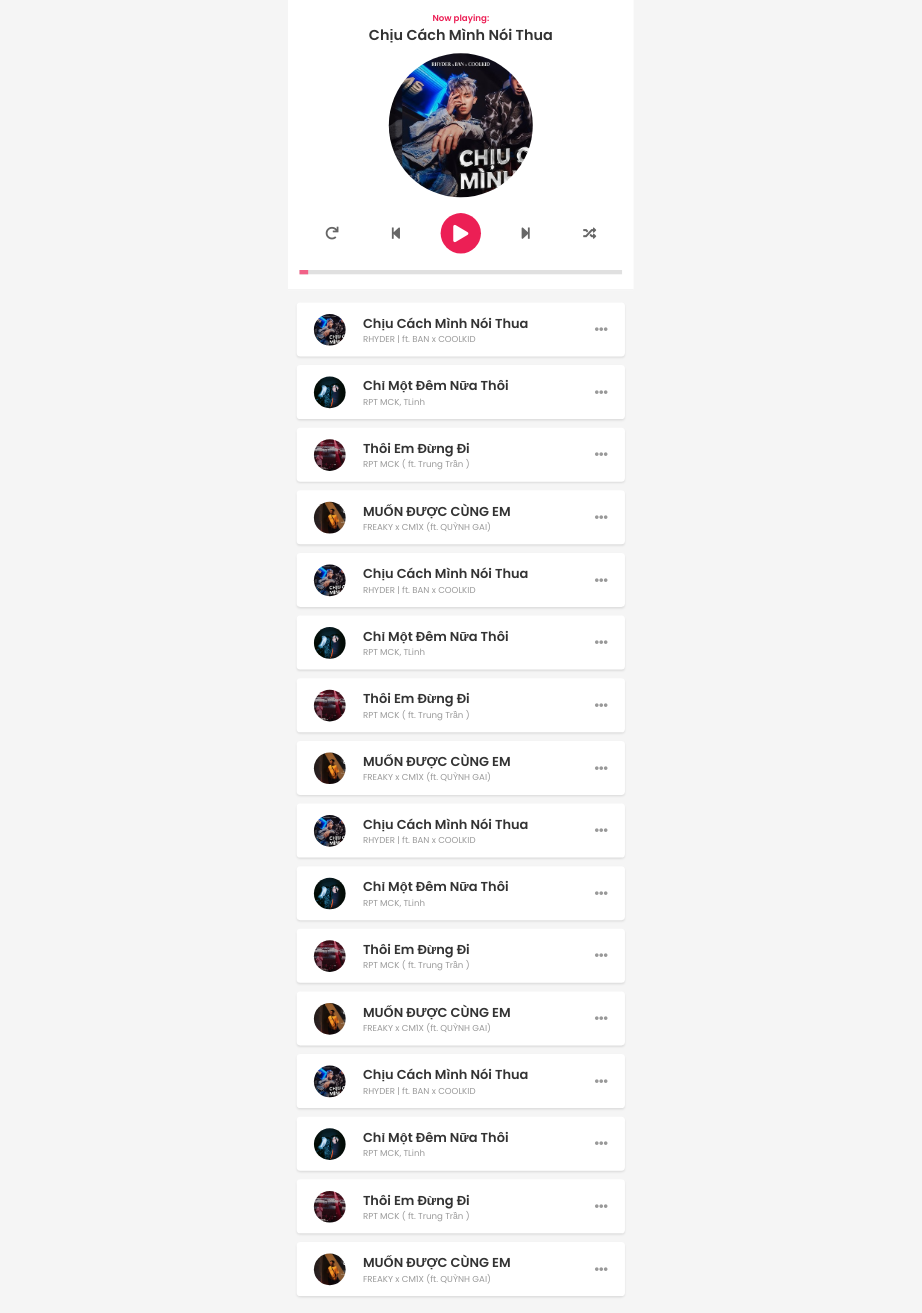
Repository: ChiNg22nd04/MusicPlayer
Page: index.html
The author's editor kept a copy of each file at every save. The page is drawn from the files as they stood at one save, then again after the next save.
The browser window is 1280 px wide. The pictures show the whole page, at 72% of full size.

Above is the page before, as saved 2023-12-31 13:59:30.

### index.html
<!DOCTYPE html>
<html lang="en">
<head>
    <meta charset="UTF-8">
    <meta name="viewport" content="width=device-width, initial-scale=1.0">
    <title>Music player</title>
    <link rel="stylesheet" href="https://cdnjs.cloudflare.com/ajax/libs/font-awesome/5.15.2/css/all.min.css" integrity="sha512-HK5fgLBL+xu6dm/Ii3z4xhlSUyZgTT9tuc/hSrtw6uzJOvgRr2a9jyxxT1ely+B+xFAmJKVSTbpM/CuL7qxO8w==" crossorigin="anonymous" />
    <link rel="preconnect" href="https://fonts.gstatic.com">
    <link href="https://fonts.googleapis.com/css2?family=Poppins:wght@300;400;600&display=swap" rel="stylesheet">
    <link rel="stylesheet" href="./assets/css/style.css">
</head>
<body>


<div class="player">
  <!-- Dashboard -->
  <div class="dashboard">
    <!-- Header -->
    <header>
      <h4>Now playing:</h4>
      <h2>String 57th & 9th</h2>
    </header>

    <!-- CD -->
    <div class="cd">
      <div class="cd-thumb"
        style="background-image: url(./assets/img/cmdnt.jpeg);">

      </div>
    </div>

    <!-- Control -->
    <div class="control">
      <div class="btn btn-repeat">
        <i class="fas fa-redo"></i>
      </div>
      <div class="btn btn-prev">
        <i class="fas fa-step-backward"></i>
      </div>
      <div class="btn btn-toggle-play">
        <i classa="fas fa-pause icon-pause"></i>
        <i class="fas fa-play icon-play"></i>
      </div>
      <div class="btn btn-next">
        <i class="fas fa-step-forward"></i>
      </div>
      <div class="btn btn-random">
        <i class="fas fa-random"></i>
      </div>
    </div>

    <input id="progress" class="progress" type="range" value="0" step="1" min="0" max="100">

    <audio id="audio" src=""></audio>
  </div>

  <!-- Playlist -->
  <div class="playlist">

  </div>
</div>
<script src="./main.js"></script>
<!-- Design from: https://static.collectui.com/shots/3671744/musicloud-revolutionary-app-for-music-streaming-large -->
</body>
</html>

### assets/css/style.css
:root {
    --primary-color: #ec1f55;
    --text-color: #333;
  }

  * {
    padding: 0;
    margin: 0;
    box-sizing: inherit;
  }

  body {
    background-color: #f5f5f5;
  }

  html {
    box-sizing: border-box;
    font-family: "Poppins", sans-serif;
  }

  .player {
    position: relative;
    max-width: 480px;
    margin: 0 auto;
  }

  .player .icon-pause {
    display: none;
  }

  .player.playing .icon-pause {
    display: inline-block;
  }

  .player.playing .icon-play {
    display: none;
  }

  .dashboard {
    padding: 16px 16px 14px;
    background-color: #fff;
    position: fixed;
    top: 0;
    width: 100%;
    max-width: 480px;
    border-bottom: 1px solid #ebebeb;
  }

  /* HEADER */
  header {
    text-align: center;
    margin-bottom: 10px;
  }

  header h4 {
    color: var(--primary-color);
    font-size: 12px;
  }

  header h2 {
    color: var(--text-color);
    font-size: 20px;
  }

  /* CD */
  .cd {
    display: flex;
    margin: auto;
    width: 200px;
  }

  .cd-thumb {
    width: 100%;
    padding-top: 100%;
    border-radius: 50%;
    background-color: #333;
    background-size: cover;
    margin: auto;
  }

  /* CONTROL */
  .control {
    display: flex;
    align-items: center;
    justify-content: space-around;
    padding: 18px 0 8px 0;
  }

  .control .btn {
    color: #666;
    padding: 18px;
    font-size: 18px;
  }

  .control .btn.active {
    color: var(--primary-color);
  }

  .control .btn-toggle-play {
    width: 56px;
    height: 56px;
    border-radius: 50%;
    font-size: 24px;
    color: #fff;
    display: flex;
    align-items: center;
    justify-content: center;
    background-color: var(--primary-color);
  }

  .progress {
    width: 100%;
    -webkit-appearance: none;
    height: 6px;
    background: #d3d3d3;
    outline: none;
    opacity: 0.7;
    -webkit-transition: 0.2s;
    transition: opacity 0.2s;
  }

  .progress::-webkit-slider-thumb {
    -webkit-appearance: none;
    appearance: none;
    width: 12px;
    height: 6px;
    background-color: var(--primary-color);
    cursor: pointer;
  }

  /* PLAYLIST */
  .playlist {
    margin-top: 408px;
    padding: 12px;
  }

  .song {
    display: flex;
    align-items: center;
    margin-bottom: 12px;
    background-color: #fff;
    padding: 8px 16px;
    border-radius: 5px;
    box-shadow: 0 2px 3px rgba(0, 0, 0, 0.1);
  }

  .song.active {
    background-color: var(--primary-color);
  }

  .song:active {
    opacity: 0.8;
  }

  .song.active .option,
  .song.active .author,
  .song.active .title {
    color: #fff;
  }

  .song .thumb {
    width: 44px;
    height: 44px;
    border-radius: 50%;
    background-size: cover;
    margin: 0 8px;
  }

  .song .body {
    flex: 1;
    padding: 0 16px;
  }

  .song .title {
    font-size: 18px;
    color: var(--text-color);
  }

  .song .author {
    font-size: 12px;
    color: #999;
  }

  .song .option {
    padding: 16px 8px;
    color: #999;
    font-size: 18px;
  }

### main.js
const $ = document.querySelector.bind(document);
const $$ = document.querySelectorAll.bind(document);

const player = $('.player');
const playlist = $('.playlist');
const click =  $$('.song');

//! List bài hát
const app = {
    currentIndex: 0,
    listSong: [
        {
            name: 'Chịu Cách Mình Nói Thua',
            singer: 'RHYDER | ft. BAN x COOLKID ',
            path: './assets/music/ChiuCachMinhNoiThua-RHYDERCoolkidBAN-12449134.mp3',
            img:'./assets/img/ccmnt.jpeg',
        },
        {
            name: 'Chỉ Một Đêm Nữa Thôi',
            singer: 'RPT MCK, TLinh',
            path: './assets/music/ChiMotDemNuaThoi-MCK-8804087.mp3',
            img: './assets/img/cmdnt.jpeg',
        },
        {
            name: 'Thôi Em Đừng Đi',
            singer: 'RPT MCK ( ft. Trung Trần )',
            path: './assets/music/ThoiEmDungDi-MCK-8804088.mp3',
            img: './assets/img/tedd.jpeg',
        },
        {
            name: 'MUỐN ĐƯỢC CÙNG EM',
            singer: 'FREAKY x CM1X (ft. QUỲNH GAI)',
            path: './assets/music/MuonDuocCungEm-Freaky-6792500.mp3',
            img: './assets/img/mdce.jpeg',
        },
        {
            name: 'Chịu Cách Mình Nói Thua',
            singer: 'RHYDER | ft. BAN x COOLKID ',
            path: './assets/music/ChiuCachMinhNoiThua-RHYDERCoolkidBAN-12449134.mp3',
            img:'./assets/img/ccmnt.jpeg',
        },
        {
            name: 'Chỉ Một Đêm Nữa Thôi',
            singer: 'RPT MCK, TLinh',
            path: './assets/music/ChiMotDemNuaThoi-MCK-8804087.mp3',
            img: './assets/img/cmdnt.jpeg',
        },
        {
            name: 'Thôi Em Đừng Đi',
            singer: 'RPT MCK ( ft. Trung Trần )',
            path: './assets/music/ThoiEmDungDi-MCK-8804088.mp3',
            img: './assets/img/tedd.jpeg',
        },
        {
            name: 'MUỐN ĐƯỢC CÙNG EM',
            singer: 'FREAKY x CM1X (ft. QUỲNH GAI)',
            path: './assets/music/MuonDuocCungEm-Freaky-6792500.mp3',
            img: './assets/img/mdce.jpeg',
        },
        {
            name: 'Chịu Cách Mình Nói Thua',
            singer: 'RHYDER | ft. BAN x COOLKID ',
            path: './assets/music/ChiuCachMinhNoiThua-RHYDERCoolkidBAN-12449134.mp3',
            img:'./assets/img/ccmnt.jpeg',
        },
        {
            name: 'Chỉ Một Đêm Nữa Thôi',
            singer: 'RPT MCK, TLinh',
            path: './assets/music/ChiMotDemNuaThoi-MCK-8804087.mp3',
            img: './assets/img/cmdnt.jpeg',
        },
        {
            name: 'Thôi Em Đừng Đi',
            singer: 'RPT MCK ( ft. Trung Trần )',
            path: './assets/music/ThoiEmDungDi-MCK-8804088.mp3',
            img: './assets/img/tedd.jpeg',
        },
        {
            name: 'MUỐN ĐƯỢC CÙNG EM',
            singer: 'FREAKY x CM1X (ft. QUỲNH GAI)',
            path: './assets/music/MuonDuocCungEm-Freaky-6792500.mp3',
            img: './assets/img/mdce.jpeg',
        },
        {
            name: 'Chịu Cách Mình Nói Thua',
            singer: 'RHYDER | ft. BAN x COOLKID ',
            path: './assets/music/ChiuCachMinhNoiThua-RHYDERCoolkidBAN-12449134.mp3',
            img:'./assets/img/ccmnt.jpeg',
        },
        {
            name: 'Chỉ Một Đêm Nữa Thôi',
            singer: 'RPT MCK, TLinh',
            path: './assets/music/ChiMotDemNuaThoi-MCK-8804087.mp3',
            img: './assets/img/cmdnt.jpeg',
        },
        {
            name: 'Thôi Em Đừng Đi',
            singer: 'RPT MCK ( ft. Trung Trần )',
            path: './assets/music/ThoiEmDungDi-MCK-8804088.mp3',
            img: './assets/img/tedd.jpeg',
        },
        {
            name: 'MUỐN ĐƯỢC CÙNG EM',
            singer: 'FREAKY x CM1X (ft. QUỲNH GAI)',
            path: './assets/music/MuonDuocCungEm-Freaky-6792500.mp3',
            img: './assets/img/mdce.jpeg',
        },

    ],

    //hàm để render ra view
    render: function() {
        const htmls = this.listSong.map((song) => {
            return `
            <div class="song">
                <div class="thumb"
                    style="background-image: url('${song.img}');">
                </div>
                <div class="body">
                    <h3 class="title">${song.name}</h3>
                    <p class="author">${song.singer}</p>
                </div>
                <div class="option">
                    <i class="fas fa-ellipsis-h"></i>
                </div>
            </div>
       `

        })
        $('.playlist').innerHTML = htmls.join('\n');
    },
    //handleEven
    handleEnvens: function() {
        const cdWidth =  $('.cd').offsetWidth
        // this.listSong.map((song) => {
        //     $('.cd-thumb').innerHTML = `<img class="thumb"
        //     style="background-image: url('${song.img}');">`
        // })
        document.onscroll = function() {
            // const scroll = window.scrollY
            const scroll = document.documentElement.scrollTop || window.scrollY
            const cdNew = cdWidth - scroll
            // nếu cdNew > 0 thì
            $('.cd').style.width = cdNew  > 0 ? cdNew + 'px' : 0;
            $('.cd').style.opacity = cdNew / cdWidth;
        }
        //lắng nghe sự kiện onclick song

        for(let i = 0; i < click.length; i++) {
            click[i].onclick = function(e) {

            }
        }
    },
    getCurrentSong: function() {
        return this.listSong[this.currentIndex].name;
    },
    loadCurrentSong: function() {
        const audio = $('#audio');
        const heading = $('header h2');
        const cdThumb = $('.cd-thumb');

        heading.textContent = this.listSong[this.currentIndex].name;
        cdThumb.style.backgroundImage = `url(${this.listSong[this.currentIndex].img})`;
        audio.src = this.listSong[this.currentIndex].path;
        console.log(heading,cdThumb,audio)
    },

    //pthức start() để bắt đầu
    start: function() {
        //lắng nghe và xử lý các sự kiện
        this.handleEnvens()
        //render playlist
        this.render()
        this.getCurrentSong()
        this.loadCurrentSong()
    }
}

app.start();

After the next save:
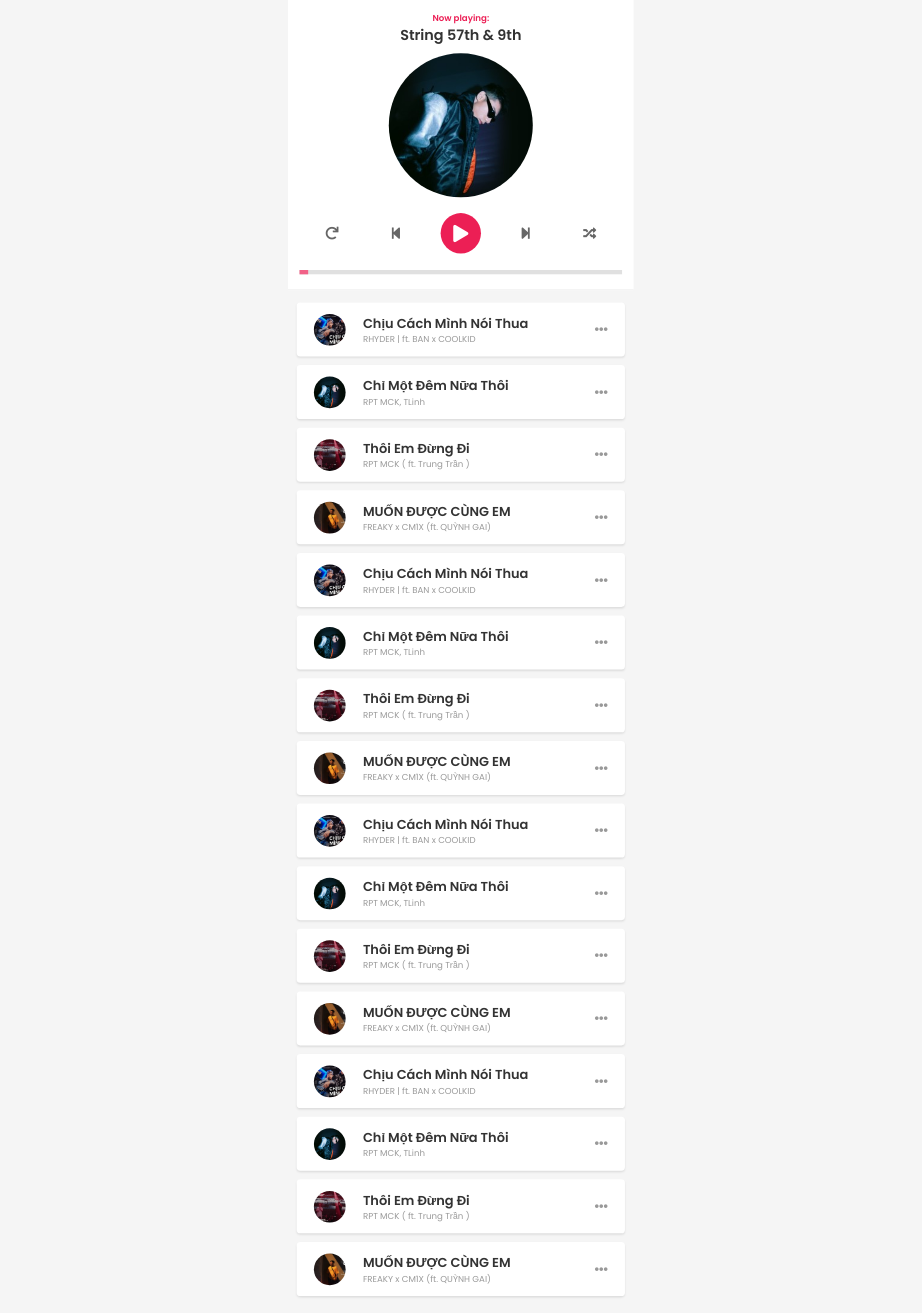
Console error: ReferenceError: heading is not defined
Saved 52 s later.
--- a/main.js
+++ b/main.js
@@ -156,9 +156,6 @@
         return this.listSong[this.currentIndex].name;
     },
     loadCurrentSong: function() {
-        const audio = $('#audio');
-        const heading = $('header h2');
-        const cdThumb = $('.cd-thumb');
 
         heading.textContent = this.listSong[this.currentIndex].name;
         cdThumb.style.backgroundImage = `url(${this.listSong[this.currentIndex].img})`;

After the save that followed:
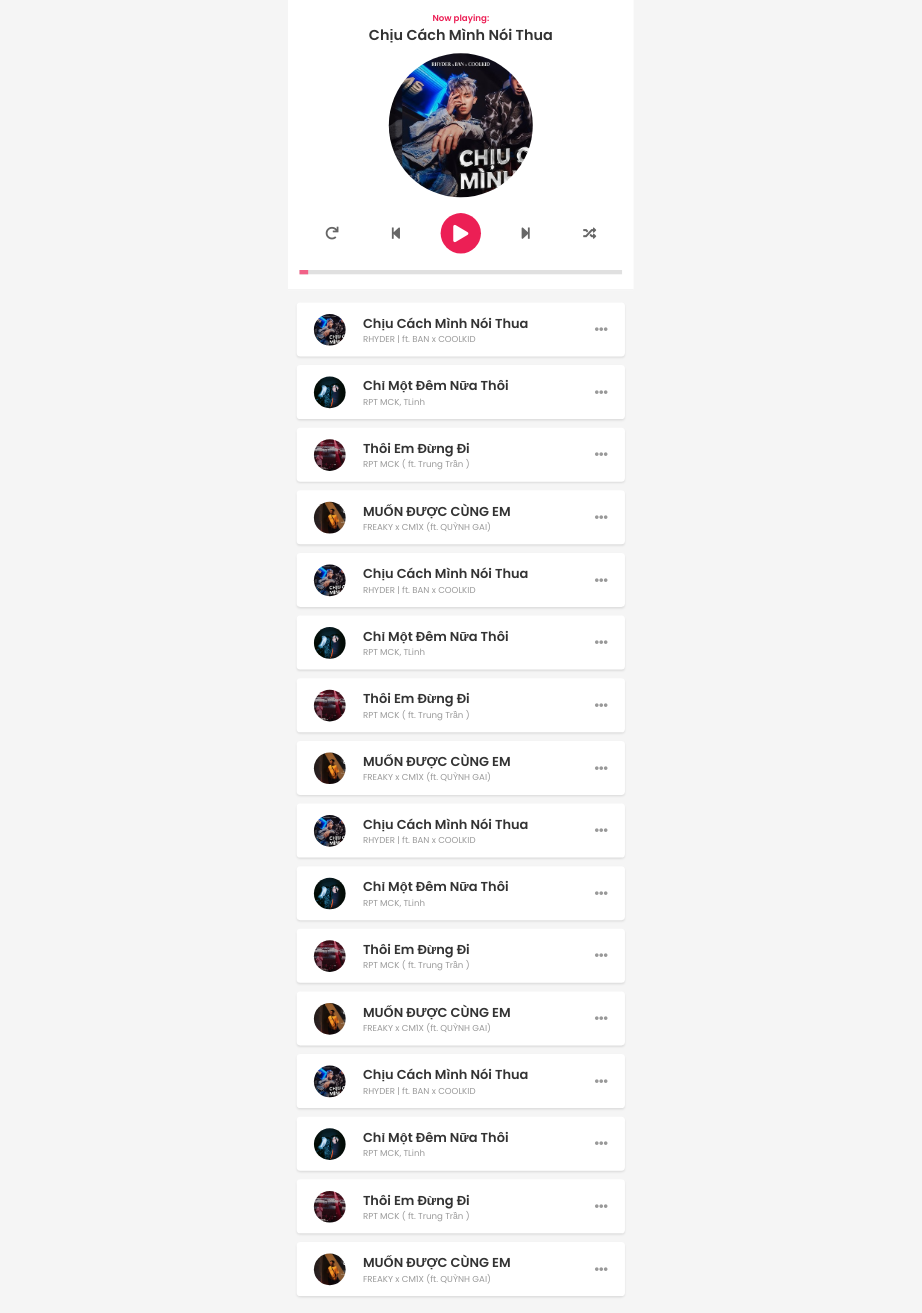
The error is gone.
Saved 4 s later.
--- a/main.js
+++ b/main.js
@@ -4,6 +4,10 @@
 const player = $('.player');
 const playlist = $('.playlist');
 const click =  $$('.song');
+const audio = $('#audio');
+const heading = $('header h2');
+const cdThumb = $('.cd-thumb');
+
 
 //! List bài hát
 const app = {
